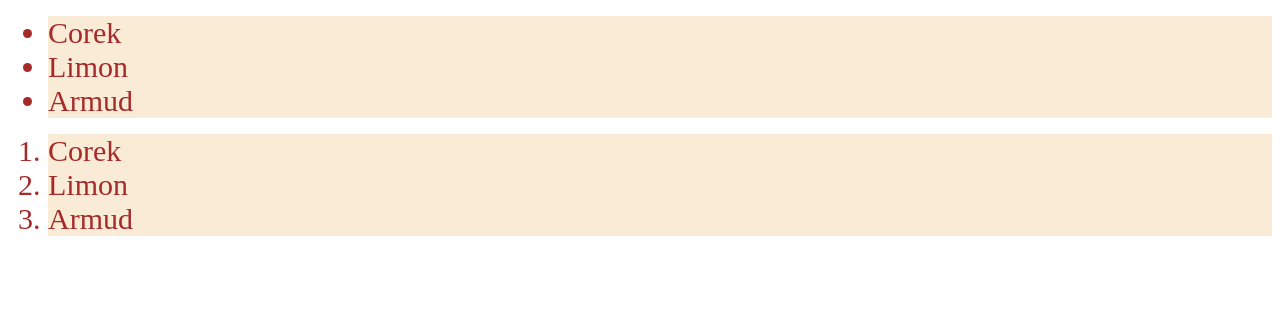
Repository: AytacSafarova/task-22
Page: index.html
These files come from the project's save history. The page is drawn as it stood at one moment and after a run of saves; the edit follows.
The browser window is 1280 px wide. The pictures show the whole page.

Above is the page before, as saved 2023-12-16 10:38:06.

After the next 2 saves:
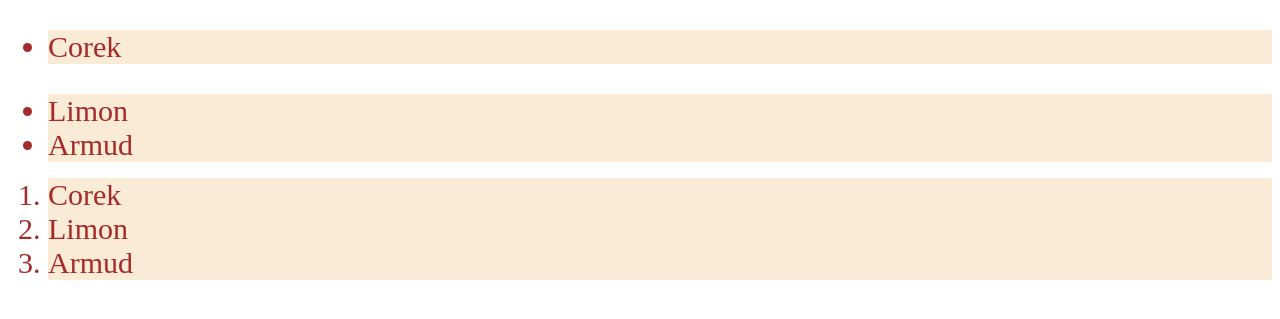
The 2 saves are shown as one change because they came seconds apart.
The last was saved 63 s later.
--- a/index.html
+++ b/index.html
@@ -8,7 +8,9 @@
   </head>
   <body>
     <ul>
-      <li>Corek</li>
+      <li>
+        <p>Corek</p>
+      </li>
       <li>Limon</li>
       <li>Armud</li>
     </ul>
